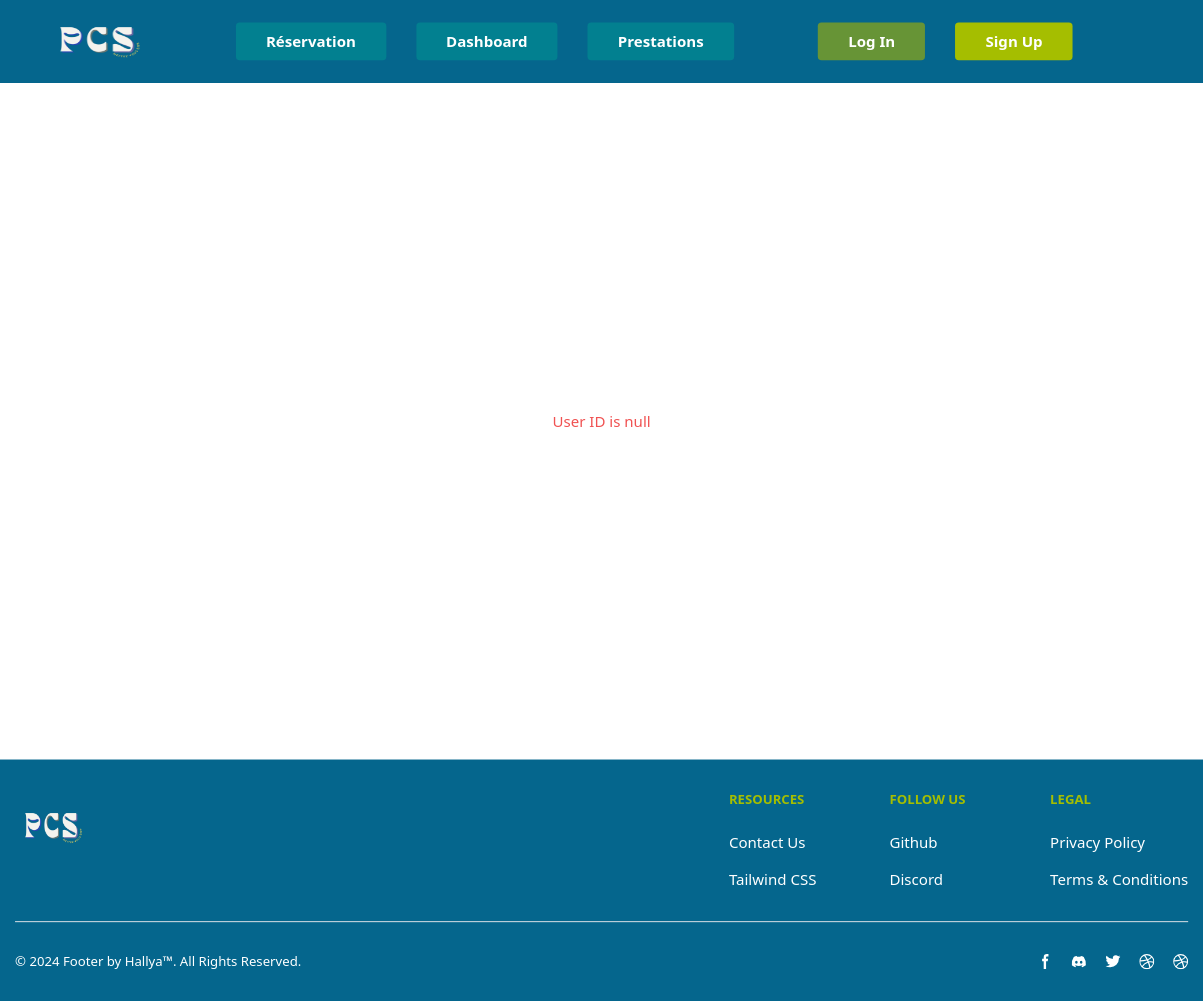
Repository: HATTOUNGBRE/ProjetAnnuel2
Page: /account (app in FRONT/)
The author's editor kept a copy of each file at every save. The page is drawn from the files as they stood at one save, then again after the next save.
The browser window is 1280 px wide. The pictures show the whole page, at 94% of full size.
The project was rebuilt for these pictures with package versions that can differ from the ones it lists, and the page was loaded fresh each time. Also part of the build but not shown: FRONT/vite.config.js, FRONT/src/components/Main.jsx, FRONT/src/components/Contact.jsx, FRONT/src/components/CatUser.jsx, FRONT/src/components/Login.jsx, FRONT/src/components/prestataire/PrestataireType.jsx, FRONT/src/components/Inscription.jsx, FRONT/src/components/dashboard/VoyageurDashboard.jsx and 11 more.

Above is the page before, as saved 2024-06-21 20:43:25.

### FRONT/src/main.jsx
import React from 'react'
import ReactDOM from 'react-dom/client'
import App from './App.jsx'
import './App.css'
import { AuthProvider } from './components/AuthContext';
import {
  BrowserRouter,
  Route,
  Link
} from "react-router-dom";

ReactDOM.createRoot(document.getElementById('root')).render(
  <React.StrictMode>
    <AuthProvider>
    <App />
    </AuthProvider>
  </React.StrictMode>,
)

### FRONT/src/App.jsx
import React, { useContext, useEffect } from "react";
import './App.css';
import { BrowserRouter as Router, Route, Routes, Navigate } from 'react-router-dom';
import Header from "./components/Header";
import Main from "./components/Main";
import Contact from "./components/Contact";
import Nav from "./components/Nav";
import Footer from "./components/Footer";
import CatUser from "./components/CatUser";
import Login from './components/Login';
import LogOut from "./components/LogOut";
import Account from "./components/Account";
import Inscription from './components/Inscription';
import VoyageurDashboard from './components/dashboard/VoyageurDashboard';
import ProprietaireDashboard from './components/dashboard/ProprietaireDashboard';
import PrestataireDashboard from './components/dashboard/PrestataireDashboard';
import Error400 from './components/Error400';
import AuthContext from './components/AuthContext';
import ProprietairePrestation from "./components/proprio/Prestation";
import ProprietaireReservation from "./components/proprio/ProprietaireReservation";
import PrestataireReservation from "./components/prestataire/PrestataireReservation";
import AddProperty from "./components/proprio/AddProperty";
import CreatePrestation from "./components/proprio/CreatePrestation";

function App() {
    const { isLoggedIn, userRole, userId, userName, userSurname, category } = useContext(AuthContext);

    useEffect(() => {
        console.log("UserRole:", userRole);
        console.log("UserId:", userId);
        console.log("UserName:", userName);
        console.log("UserSurname:", userSurname);
        console.log("CategoryUserId:", category);
    }, [userRole, userId, userName, userSurname, category]);

    const getDashboardComponent = (role) => {
        switch (role) {
            case 'voyageur':
                return <VoyageurDashboard />;
            case 'proprietaire':
                return <ProprietaireDashboard />;
            case 'prestataire':
                return <PrestataireDashboard />;
            default:
                return <Error400 />;
        }
    };

    const ProtectedRoute = ({ element, allowedRole }) => {
        if (!isLoggedIn) {
            return <Navigate to="/login" />;
        }
        return userRole === allowedRole ? element : <Navigate to="/error400" />;
    };

    return (
        <Router>
         <Header isLoggedIn={isLoggedIn} userRole={userRole} />
         <main className="flex-grow">
         <Routes>
                <Route exact path="/" element={<Main isLoggedIn={isLoggedIn} userRole={userRole} />} />
                <Route path="/components/inscription" element={<Inscription />} />
                <Route path="/components/catUser" element={<CatUser />} />
                <Route path="/contact" element={<Contact />} />
                <Route path="/login" element={<Login />} />
                <Route path={`/${userRole}/Prestation`} element={<ProtectedRoute element={<ProprietairePrestation />} allowedRole={userRole} />} />
                <Route path={`/${userRole}/Reservation`} element={<ProtectedRoute element={userRole === 'proprietaire' ? <ProprietaireReservation /> : <PrestataireReservation />} allowedRole={userRole} />} />
                <Route path="/components/dashboard/voyageur" element={<ProtectedRoute element={<VoyageurDashboard />} allowedRole="voyageur" />} />
                <Route path="/components/dashboard/proprietaire" element={<ProtectedRoute element={<ProprietaireDashboard />} allowedRole="proprietaire" />} />
                <Route path="/components/dashboard/prestataire" element={<ProtectedRoute element={<PrestataireDashboard />} allowedRole="prestataire" />} />
                <Route path="/components/nav" element={<Nav isLoggedIn={isLoggedIn} userRole={userRole} />} />
                <Route path="/logout" element={<LogOut />} />
                <Route path="/account" element={<Account userId={userId} />} />
                <Route path="/error400" element={<Error400 />} />
                <Route path="/add-property" element={<ProtectedRoute element={<AddProperty />} allowedRole="proprietaire" />} />
                <Route path="/create-prestation" element={<ProtectedRoute element={<CreatePrestation />} allowedRole="proprietaire" />} />
                <Route path="/components/dashboard/proprietaire" element={<ProtectedRoute element={<ProprietaireDashboard />} allowedRole="proprietaire" />} />
                <Route path="/components/dashboard/prestataire" element={<ProtectedRoute element={<PrestataireDashboard />} allowedRole="prestataire" />} />
                <Route path="/components/dashboard/voyageur" element={<ProtectedRoute element={<VoyageurDashboard />} allowedRole="voyageur" />} />
                <Route path="*" element={<Error400 />} />

            </Routes>
            </main>
           <Footer />
        </Router>

    );
}

const ProtectedRoute = ({ element, allowedRole }) => {
    const { userRole } = useContext(AuthContext);
    return userRole === allowedRole ? element : <Navigate to="/error400" />;
  };

export default App;

### FRONT/src/App.css
@tailwind base;
@tailwind components;
@tailwind utilities;

html, body {
  height: 100%;
  margin: 0;
  padding: 0;
}


.logo {
  height: 5em;
  width: 7em;
  /* will-change: filter; */
  transition: filter 300ms;
}
.logo:hover {
}
.logo.react:hover {
  filter: drop-shadow(0 0 2em #61dafbaa);
}

@keyframes logo-spin {
  from {
    transform: rotate(0deg);
  }
  to {
    transform: rotate(360deg);
  }
}


.card {
  padding: 2em;
}

.read-the-docs {
  color: #888;
}
footer {
  position: absolute;
  left: 0;
  bottom: 0;
  width: 100%;
}
html, body {
  height: 100%;
  margin: 0;
  padding: 0;
  display: flex;
  flex-direction: column;
}


main {

  display: block;
  flex: 1;
  overflow-y: auto;
  width: 100%;
  /* Aez-vous que cela prend toute la place entre l'en-tête et le pied de page */
}

footer {
  flex-shrink: 0; /* Empêche le pied de page de rétrécir si le contenu est trop grand */
}

.main-content {
  flex: 1;
  padding: 24px;
  overflow-y: auto;
  display: flex;
  flex-direction: column;
}

### FRONT/src/components/AuthContext.jsx
import React, { createContext, useState, useEffect } from 'react';
import Cookies from 'js-cookie';

const AuthContext = createContext();

export const AuthProvider = ({ children }) => {
  const [isLoggedIn, setIsLoggedIn] = useState(false);
  const [userRole, setUserRole] = useState('');
  const [userId, setUserId] = useState(null);
  const [userName, setUserName] = useState('');
  const [userSurname, setUserSurname] = useState('');
  const [category, setCategoryUserId] = useState(null);

  const fetchUserDetails = async (userId) => {
    try {
      const response = await fetch(`http://localhost:8000/api/user/${userId}`);
      const data = await response.json();

      if (response.ok) {
        setIsLoggedIn(true);
        setUserId(data.id);
        setUserName(data.name);
        setUserSurname(data.surname);
        setCategoryUserId(data.category_user);
        setUserRole(Cookies.get('role')); // Ensure the role is set from the cookie
      } else {
        setIsLoggedIn(false);
        setUserId(null);
        setUserName('');
        setUserSurname('');
        setCategoryUserId(null);
        setUserRole('');
      }
    } catch (error) {
      console.error('Error fetching user details:', error);
    }
  };

  useEffect(() => {
    const token = Cookies.get('authToken');
    const storedUserRole = Cookies.get('role');
    const storedUserId = Cookies.get('userId');

    if (token && storedUserId) {
      setIsLoggedIn(true);
      setUserRole(storedUserRole || '');
      fetchUserDetails(storedUserId); // Fetch user details
    }
  }, []);

  const login = (token, role, userId, userName, userSurname, category) => {
    Cookies.set('authToken', token, { expires: 1 });
    Cookies.set('role', role, { expires: 1 });
    Cookies.set('userId', userId, { expires: 1 });
    Cookies.set('userName', userName, { expires: 1 });
    Cookies.set('userSurname', userSurname, { expires: 1 });
    Cookies.set('category', category, { expires: 1 });

    setIsLoggedIn(true);
    setUserRole(role);
    setUserId(userId);
    setUserName(userName);
    setUserSurname(userSurname);
    setCategoryUserId(category);
  };

  const logout = () => {
    Cookies.remove('authToken');
    Cookies.remove('role');
    Cookies.remove('userId');
    Cookies.remove('userName');
    Cookies.remove('userSurname');
    Cookies.remove('category');

    setIsLoggedIn(false);
    setUserRole('');
    setUserId(null);
    setUserName('');
    setUserSurname('');
    setCategoryUserId(null);
  };

  return (
    <AuthContext.Provider value={{ isLoggedIn, userRole, userId, userName, userSurname, category, login, logout, fetchUserDetails }}>
      {children}
    </AuthContext.Provider>
  );
};

export default AuthContext;

### FRONT/src/components/Header.jsx
import { useState, useEffect } from 'react';
import Nav from './Nav';
import { Link } from "react-router-dom";

function Header(props) {
  const { isLoggedIn, userRole } = props;

  return (
    <div>
      <header className="bg-pcs-200 sticky top-0 z-[20]">
        <nav className="bg-pcs-200 border-gray-200 dark:bg-gray-900 w-full">
          <div className="w-full flex flex-wrap items-center justify-around p-1">
            <Link to="/" className="flex items-center space-x-3 rtl:space-x-reverse">
              <img src="/public/images/fullDay.png" className="h-8 logo" alt="PCSLogo" />
            </Link>
            <Nav isLoggedIn={isLoggedIn} userRole={userRole} />
            <button
              data-collapse-toggle="navbar-default"
              type="button"
              className="inline-flex items-center p-2 w-10 h-10 justify-center text-sm text-gray-500 rounded-lg md:hidden focus:outline-none focus:ring-2 focus:ring-gray-200 dark:text-gray-400 dark:focus:ring-gray-600"
              aria-controls="navbar-default"
              aria-expanded="false"
            >
              <span className="sr-only">Open main menu</span>
              <svg
                className="w-5 h-5"
                aria-hidden="true"
                xmlns="http://www.w3.org/2000/svg"
                fill="none"
                viewBox="0 0 17 14"
              >
                <path
                  stroke="currentColor"
                  strokeLinecap="round"
                  strokeLinejoin="round"
                  strokeWidth="2"
                  d="M1 1h15M1 7h15M1 13h15"
                />
              </svg>
            </button>
            <div className="hidden w-full md:block md:w-auto" id="navbar-default"></div>
          </div>
        </nav>
      </header>
    </div>
  );
}

export default Header;

### FRONT/src/components/Nav.jsx
import { Link } from "react-router-dom";

function Nav(props) {
    const { isLoggedIn, userRole } = props;

    console.log('isLoggedIn page NAV:', isLoggedIn);
    return (
        <>
            <div className='flex space-x-8'>
                <Link to={`/${userRole}/Reservation`}>
                    <button className="bg-pcs-250 hover:bg-pcs-300 text-white font-bold py-2 px-8 rounded">
                        Réservation
                    </button>
                </Link>

                <Link to={`/components/dashboard/${userRole}`}>
                    <button className="bg-pcs-250 hover:bg-pcs-300 text-white font-bold py-2 px-8 rounded">
                        Dashboard
                    </button>
                </Link>

                <Link to={`/${userRole}/Prestation`}>
                    <button className="bg-pcs-250 hover:bg-pcs-300 text-white font-bold py-2 px-8 rounded">
                        Prestations
                    </button>
                </Link>
            </div>
            {isLoggedIn ? (
                <div className='flex space-x-8'>
                    <Link to='/account'>
                        <button className="bg-pcs-400 hover:bg-pcs-700 text-white font-bold py-2 px-8 rounded">
                            Account
                        </button>
                    </Link>
                    <Link to='/logout'>
                        <button className="bg-pcs-300 hover:bg-pcs-600 text-white font-bold py-2 px-8 rounded">
                            Log out
                        </button>
                    </Link>

                </div>
            ) : (
                <div className='flex space-x-8'>
                    <Link to='/components/catuser'>
                        <button className="bg-pcs-400 hover:bg-pcs-700 text-white font-bold py-2 px-8 rounded">
                            Log In
                        </button>
                    </Link>

                    <Link to='/components/Inscription'>
                        <button className="bg-pcs-300 hover:bg-pcs-600 text-white font-bold py-2 px-8 rounded">
                            Sign Up
                        </button>
                    </Link>
                </div>
            )}
        </>
    );
};

export default Nav;

### FRONT/src/components/LogOut.jsx
import React, { useContext, useEffect } from 'react';
import { useNavigate } from 'react-router-dom';
import AuthContext from './AuthContext';

const LogOut = () => {
  const { logout } = useContext(AuthContext);
  const navigate = useNavigate();

  useEffect(() => {
    logout();
    navigate('/');
  }, [logout, navigate]);

  return null;
};

export default LogOut;

### FRONT/src/components/Account.jsx
import React, { useState, useEffect, useContext } from 'react';
import CreatePrestataire from './prestataire/PrestataireType';
import AuthContext from './AuthContext';

const Account = ({ userId }) => {
  const { isLoggedIn, userRole } = useContext(AuthContext);
  const [user, setUser] = useState(null);
  const [prestataireDetails, setPrestataireDetails] = useState([]);
  const [loading, setLoading] = useState(true);
  const [error, setError] = useState(null);
  const [isModalOpen, setIsModalOpen] = useState(false);

  console.log('isLoggedIn page ACCOUNT:', isLoggedIn);
  console.log('userId page ACCOUNT:', userId);

  const handleOpenModal = () => {
    setIsModalOpen(true);
  };

  const handleCloseModal = () => {
    setIsModalOpen(false);
  };

  const handleSave = async () => {
    await fetchPrestataireDetails(userId);
    setIsModalOpen(false);
  };

  const fetchUser = async (id) => {
    console.log('Fetching user with ID:', id);
    try {
      const response = await fetch(`http://localhost:8000/api/user/${id}`);
      if (!response.ok) {
        throw new Error('Failed to fetch user data');
      }
      const data = await response.json();
      setUser(data);
      console.log('User data fetched:', data);
    } catch (error) {
      setError(error.message);
    } finally {
      setLoading(false);
    }
  };

  const fetchPrestataireDetails = async (id) => {
    console.log('Fetching prestataire details for user ID:', id);
    try {
      const response = await fetch(`http://localhost:8000/api/prestataires/${id}`);
      if (!response.ok) {
        throw new Error('Failed to fetch prestataire details');
      }
      const data = await response.json();
      setPrestataireDetails(data);
      console.log('Prestataire details fetched:', data);
    } catch (error) {
      setError(error.message);
    }
  };

  useEffect(() => {
    console.log('useEffect called with userId:', userId, 'isLoggedIn:', isLoggedIn);
    if (userId) {
      setLoading(true);
      fetchUser(userId);
      fetchPrestataireDetails(userId);
    } else {
      setLoading(false);
      setError('User ID is null', userId);
    }
  }, [userId, isLoggedIn]);

  const getUserType = (categoryUserId) => {
    switch (categoryUserId) {
      case 1:
        return 'Propriétaire';
      case 2:
        return 'Voyageur';
      case 3:
        return 'Prestataire';
      default:
        return 'N/A';
    }
  };

  if (loading) {
    return <div className="flex items-center justify-center h-screen">Loading...</div>;
  }

  if (error) {
    return <div className="flex items-center justify-center h-screen text-red-500">{error}</div>;
  }

  if (!isLoggedIn || !userId) {
    return <div className="flex items-center justify-center h-screen">No user data</div>;
  }

  return (
    <div className="max-w-4xl mx-auto my-10 p-6 bg-white rounded-lg shadow-md">
      <h1 className="text-2xl font-semibold text-pcs-400 mb-4">Account Details</h1>
      <div className="grid grid-cols-1 md:grid-cols-2 gap-4">
        <div className="col-span-1">
          <p className="text-lg font-medium text-pcs-300"><strong>ID:</strong> {user.id}</p>
          <p className="text-lg font-medium text-gray-600"><strong>Name:</strong> {user.name}</p>
          <p className="text-lg font-medium text-gray-600"><strong>Surname:</strong> {user.surname}</p>
          <p className="text-lg font-medium text-gray-600"><strong>Email:</strong> {user.email}</p>
          <p className="text-lg font-medium text-gray-600"><strong>Inscrit.e depuis le:</strong> {user.created_at}</p>
          <p className="text-lg font-medium text-gray-600"><strong>Vous êtes:</strong> {getUserType(user.category_user)}</p>
          <p className="text-lg font-medium text-gray-600"><strong>Vérifié:</strong> {user.verified ? 'Oui' : 'Non'}</p>
        </div>
        <div className="col-span-1 flex justify-center items-center">
          {user.image_profile ? (
            <img
              src={user.image_profile}
              alt="Profile"
              className="w-32 h-32 rounded-full"
            />
          ) : (
            <div className="w-32 h-32 rounded-full bg-gray-200 flex items-center justify-center">
              <span className="text-gray-500">No Image</span>
            </div>
          )}
        </div>
      </div>
      {user.category_user === 3 && prestataireDetails.length > 0 && (
        <div className="mt-8">
          <h2 className="text-xl font-semibold text-pcs-400 mb-4">Détails du Prestataire</h2>
          {prestataireDetails.map((detail, index) => (
            <div key={index} className="p-4 bg-gray-100 rounded-lg shadow-md mb-4">
              <p className="text-lg font-medium capitalize text-gray-600"><strong>Type de Prestation:</strong> {detail.type}</p>
              <p className="text-lg font-medium text-gray-600"><strong>Tarif/h:</strong> {detail.tarif} €</p>
            </div>
          ))}
          <button
            className="bg-pcs-400 text-white px-4 mt-6 py-2 rounded mb-4"
            onClick={handleOpenModal}
          >
            Ajouter un nouveau type de prestation
          </button>
          <CreatePrestataire
            isOpen={isModalOpen}
            onClose={handleCloseModal}
            onSave={handleSave}
          />
        </div>
      )}
    </div>
  );
};

export default Account;

Loaded but not shown: FRONT/index.html (common file); FRONT/tailwind.config.js (26 lines, source omitted); FRONT/src/components/Footer.jsx (91 lines, source omitted)

After the next save:
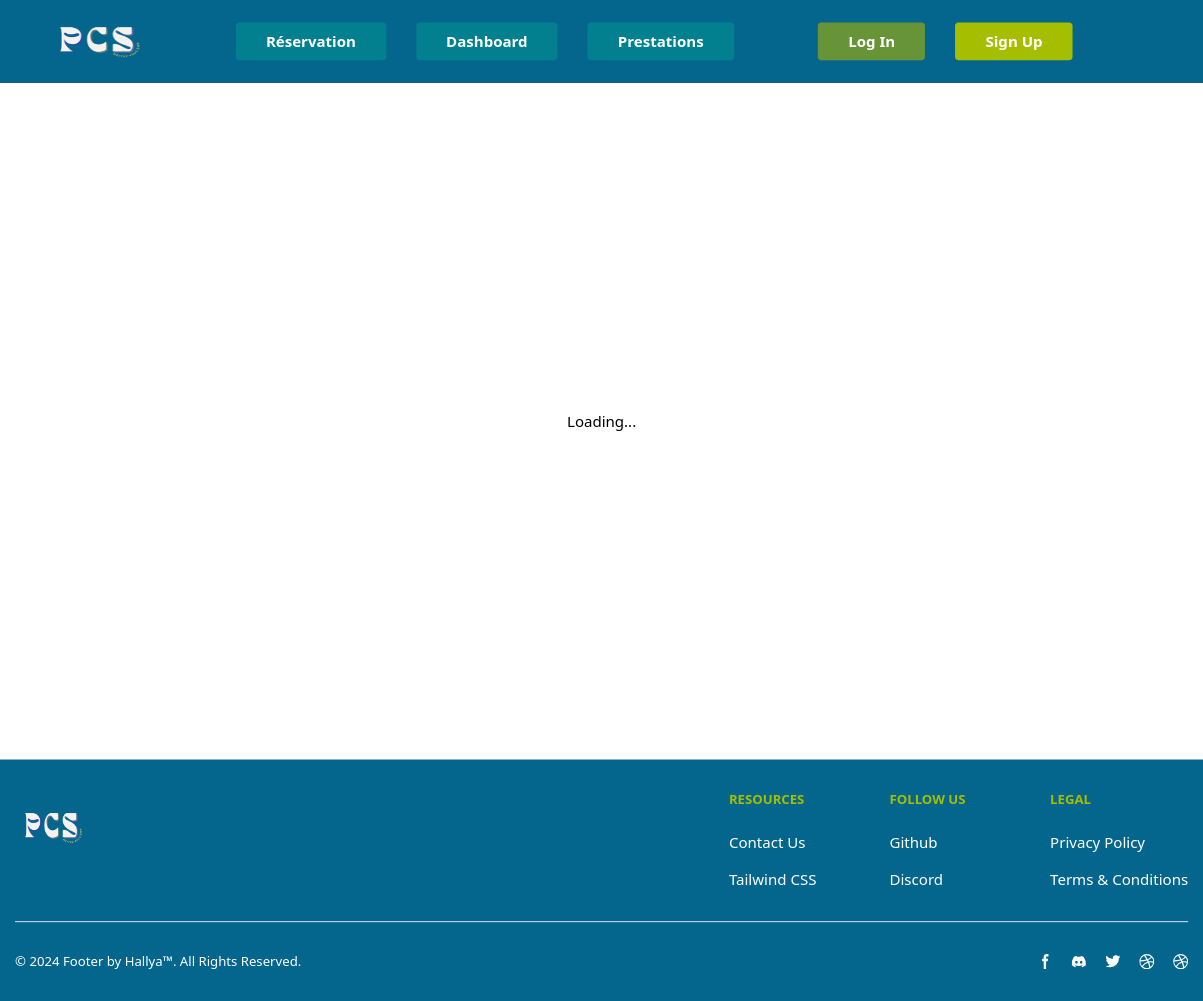
Saved 51 s later.
--- a/FRONT/src/components/Account.jsx
+++ b/FRONT/src/components/Account.jsx
@@ -58,17 +58,17 @@
     }
   };
 
-  useEffect(() => {
-    console.log('useEffect called with userId:', userId, 'isLoggedIn:', isLoggedIn);
-    if (userId) {
-      setLoading(true);
-      fetchUser(userId);
-      fetchPrestataireDetails(userId);
-    } else {
-      setLoading(false);
-      setError('User ID is null', userId);
-    }
-  }, [userId, isLoggedIn]);
+  // useEffect(() => {
+  //   console.log('useEffect called with userId:', userId, 'isLoggedIn:', isLoggedIn);
+  //   if (userId) {
+  //     setLoading(true);
+  //     fetchUser(userId);
+  //     fetchPrestataireDetails(userId);
+  //   } else {
+  //     setLoading(false);
+  //     setError('User ID is null', userId);
+  //   }
+  // }, [userId, isLoggedIn]);
 
   const getUserType = (categoryUserId) => {
     switch (categoryUserId) {
